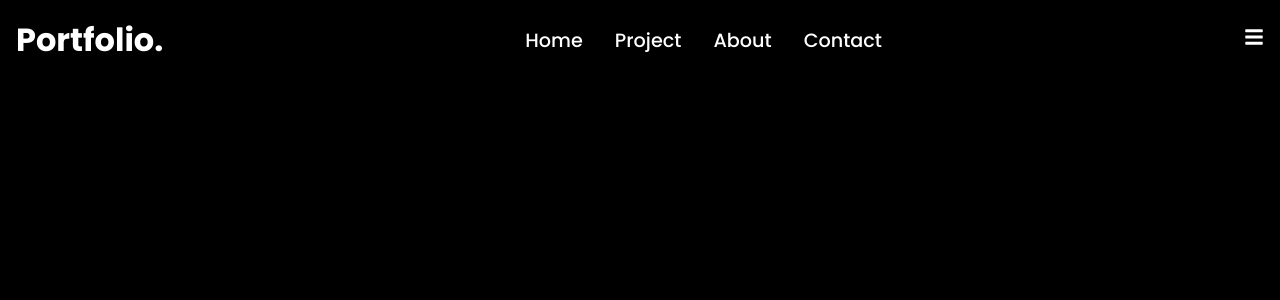
Repository: parisha-b3/My_Portfolio
Page: /
The author's editor kept a copy of each file at every save. The page is drawn from the files as they stood at one save, then again after the next save.
The browser window is 1280 px wide. The pictures show the whole page.
The project was rebuilt for these pictures with package versions that can differ from the ones it lists, and the page was loaded fresh each time. Also part of the build but not shown: src/routes/About.js, src/routes/Project.js, src/routes/Contact.js.

Above is the page before, as saved 2024-10-14 12:17:00.

After the next save:
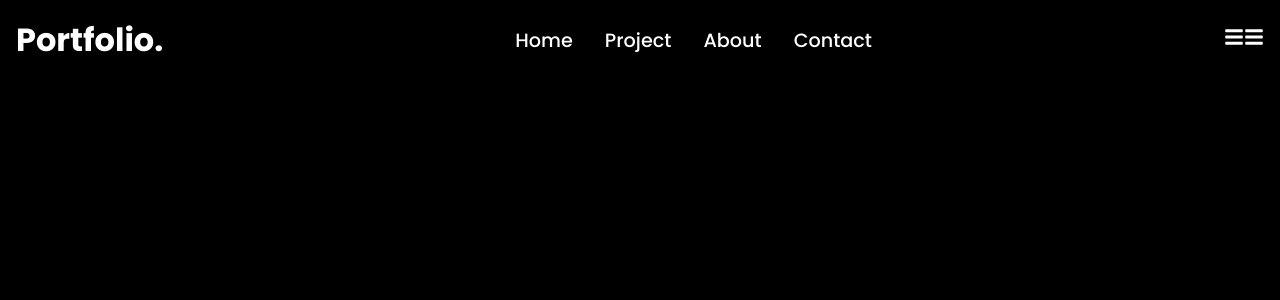
Saved 41 s later.
--- a/src/components/Navbar.js
+++ b/src/components/Navbar.js
@@ -19,6 +19,7 @@ const Navbar = () => {
             <li><Link to="/contact">Contact</Link></li>
         </ul>
         <div className="hamburger">
+        <FaBars size={20} style={{color: "#fff"}} />
             <FaBars size={20} style={{color: "#fff"}} />
         </div>
 
